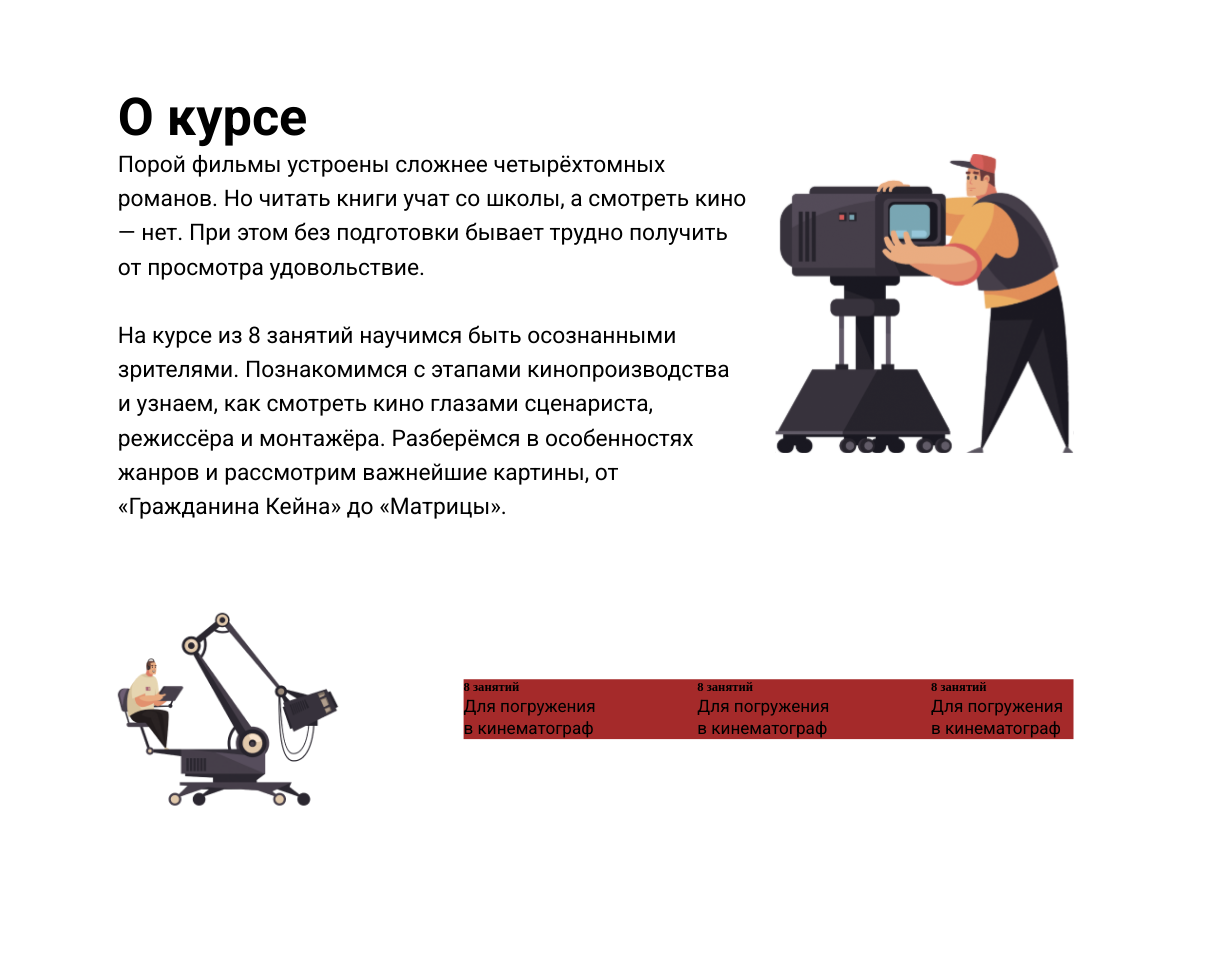
Repository: AytacSafarova/task-figma--1
Page: index.html
An editor plug-in stored every save of this project. The page is shown before and after the next save, followed by the edit.
The browser window is 1280 px wide. The pictures show the whole page, at 95% of full size.

Above is the page before, as saved 2023-04-29 20:46:12.

### index.html
<!DOCTYPE html>
<html lang="en">

<head>
  <meta charset="UTF-8" />
  <meta http-equiv="X-UA-Compatible" content="IE=edge" />
  <meta name="viewport" content="width=device-width, initial-scale=1.0" />
  <title>Document</title>
  <link rel="stylesheet" href="/index.css" />
</head>

<body>
  <div class="container">
    <div class="row up">
      <div class="col left">
        <h1>О курсе</h1>
        <p>
          Порой фильмы устроены сложнее четырёхтомных романов. Но читать
          книги учат со школы, а смотреть кино — нет. При этом без
          подготовки бывает трудно получить от просмотра удовольствие.
        </p>
        <br><br>
        <p>
          На курсе из 8 занятий научимся быть осознанными зрителями.
          Познакомимся с этапами кинопроизводства и узнаем, как смотреть
          кино глазами сценариста, режиссёра и монтажёра. Разберёмся в
          особенностях жанров и рассмотрим важнейшие картины, от
          «Гражданина Кейна» до «Матрицы».
        </p>
      </div>
      <div class="col right">
        <svg width="314" height="315" viewBox="0 0 314 315" fill="none" xmlns="http://www.w3.org/2000/svg"
          xmlns:xlink="http://www.w3.org/1999/xlink">
          <rect width="314" height="315" fill="url(#pattern0)" />
          <defs>
            <pattern id="pattern0" patternContentUnits="objectBoundingBox" width="1" height="1">
              <use xlink:href="#image0_1_51" transform="matrix(0.00186916 0 0 0.00186323 0 -0.000275923)" />
            </pattern>
            <image id="image0_1_51" width="535" height="537"
              xlink:href="data:[embedded picture, 160582 characters]" />
          </defs>
        </svg>
      </div>
    </div>

    <div class="down">
      <img src="/images/photo 1.png" alt="" />
      <ul class="list">
        <li>
          <h5>8 занятий</h5>
          <p>Для погружения в кинематограф</p>
        </li>

        <li>
          <h5>8 занятий</h5>
          <p>Для погружения в кинематограф</p>
        </li>

        <li>
          <h5>8 занятий</h5>
          <p>Для погружения в кинематограф</p>
        </li>
      </ul>
    </div>
  </div>
</body>

</html>

### index.css
@import url("https://fonts.googleapis.com/css2?family=Roboto+Slab:wght@700&family=Roboto:wght@400;500;700&display=swap");
* {
  margin: 0;
  padding: 0;
}
.container {
  padding: 91px 150px 173px 124px;
}

.row {
  display: flex;
  justify-content: space-between;
  align-items: center;
}

.left {
  width: 662px;
}
 .left h1 {
  font-size: 55px;
  font-family: "Roboto", sans-serif;
  font-weight: 700;
  margin-bottom: 0px;
}
.left p {
  font-family: "Roboto";
  font-style: normal;
  font-weight: 400;
  font-size: 24px;
  line-height: 150%;
}



.down {
  display: flex;
  align-items: center;
  justify-content: space-between;
  margin-top: 94px;
}



ul {
    margin-left: 132px;
  display: flex;
  justify-content: space-between;
  background-color: brown;
  width: 100%;
}

li {
  width: 150px;
  list-style-type: none;
}
li p{
    font-family: 'Roboto';
font-style: normal;
font-weight: 400;
font-size: 18px;
line-height: 130%;
}

.down img{
    width: 232px;
    height: 203px;
}


@media screen and (max-width: 1024px) {
  /* tablet media  */
  .container {
    padding: 56px 86px 180px 72px;
  }
.left h1{
    font-size: 32px;
    margin-bottom: 32px;
}
.left{
    width: 382px;
}
.left p{
    font-size: 14px;
}
.right svg {
    width: 182px;
    height: 182px;
}

}
@media screen and (max-width: 768px) {
  /* mobile media  */
}

After the next save:
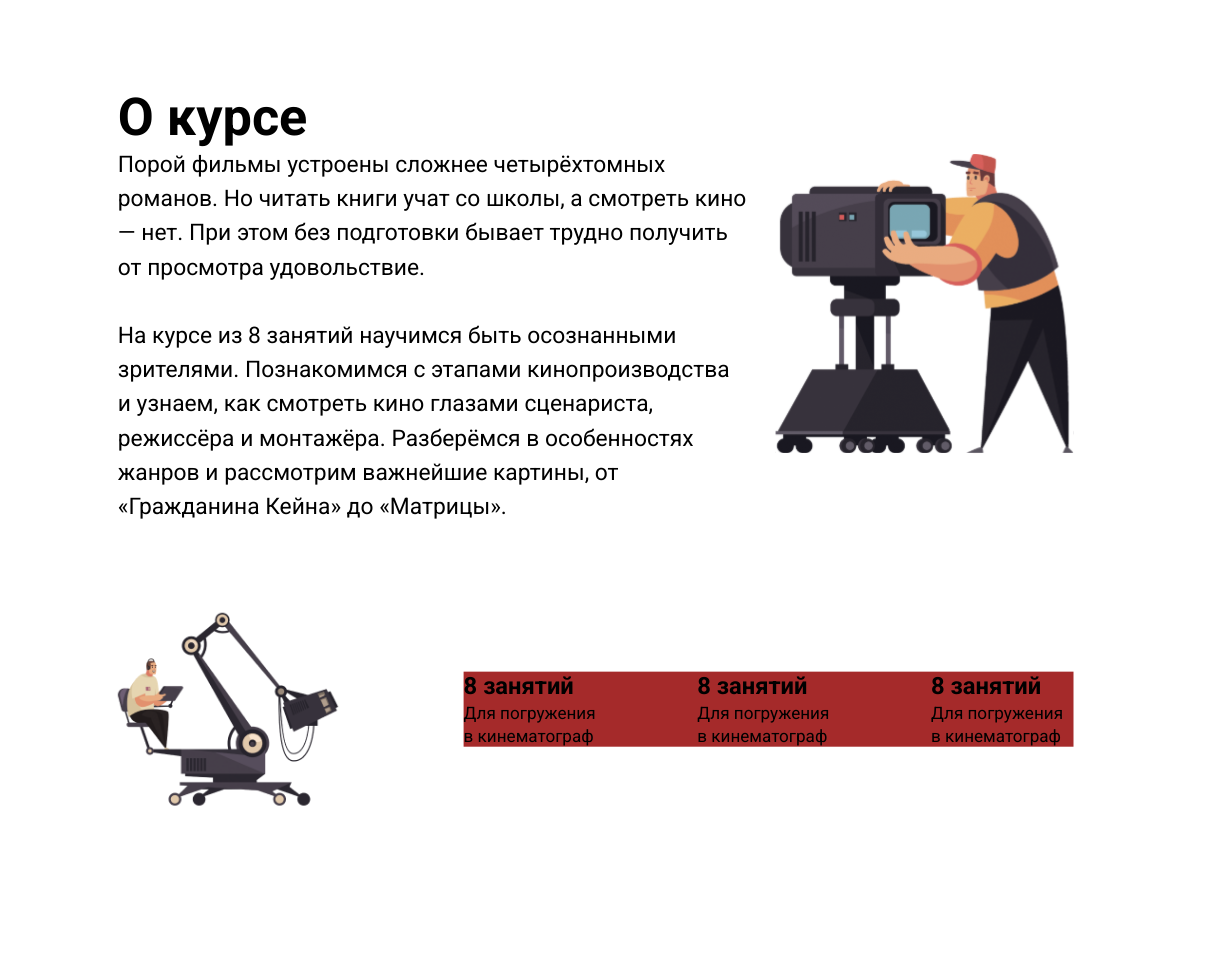
Saved 4 s later.
--- a/index.css
+++ b/index.css
@@ -60,7 +60,13 @@ font-weight: 400;
 font-size: 18px;
 line-height: 130%;
 }
-
+li h5{
+    font-family: 'Roboto';
+font-style: normal;
+font-weight: 700;
+font-size: 25px;
+line-height: 130%;
+}
 .down img{
     width: 232px;
     height: 203px;
